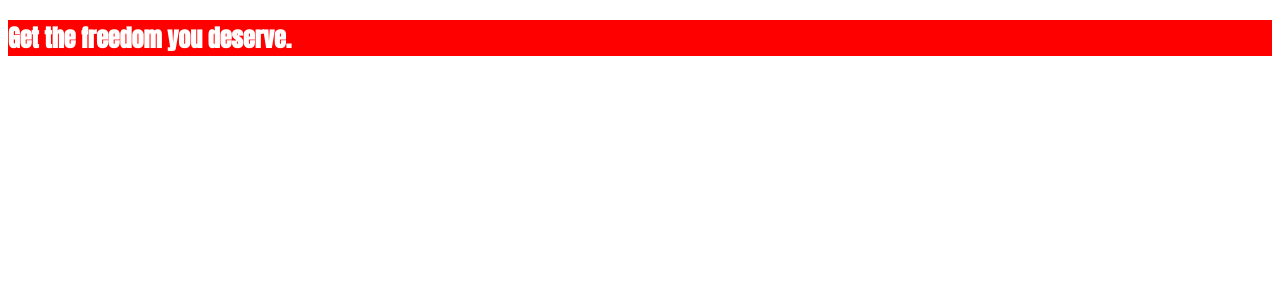
Repository: CH96SHREYA/css
Page: Lecture 1/index.html
These files come from the project's save history. The page is drawn as it stood at one moment and after a run of saves; the edit follows.
The browser window is 1280 px wide. The pictures show the whole page.

Above is the page before, as saved 2021-09-27 08:19:05.

### Lecture 1/index.html
<!DOCTYPE html>
<html lang="en">
  <head>
    <meta charset="UTF-8" />
    <meta http-equiv="X-UA-Compatible" content="ie=edge" />
    <title>uHost</title>
    <link rel="shortcut icon" href="favicon.png" />
    <link rel="preconnect" href="https://fonts.googleapis.com" />
    <link rel="preconnect" href="https://fonts.gstatic.com" crossorigin />
    <link
      href="https://fonts.googleapis.com/css2?family=Anton&display=swap"
      rel="stylesheet"
    />
    <link rel="stylesheet" href="styles.css" />
  </head>

  <body>
    <main>
      <section id="product-overview">
        <h1 class="section-title">Get the freedom you deserve.</h1>
      </section>
      <section id="plans">
        <h1 class="section-title">Choose your plan.</h1>
      </section>
    </main>
  </body>
</html>

### Lecture 1/styles.css
#product-overview{
    background-color:red;
}
.section-title{
    color: ;
}
h1{
    color:white;
    font-family: 'Anton', sans-serif;
}

After the next 2 saves:
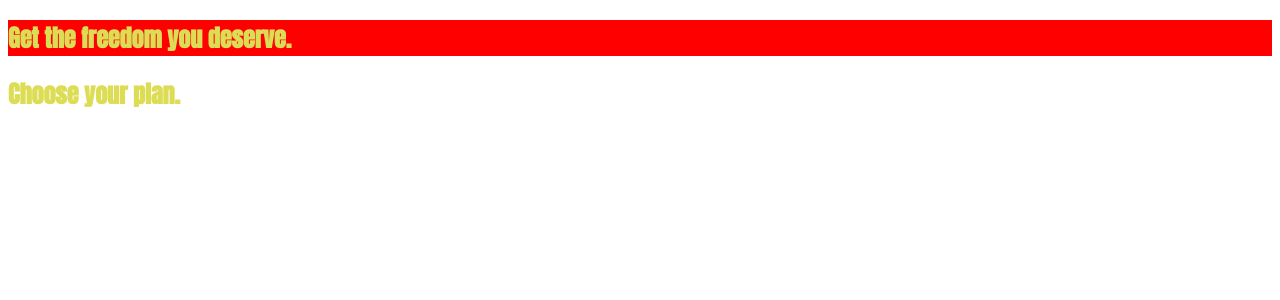
The 2 saves are shown as one change because they came seconds apart.
The last was saved 5 s later.
--- a/Lecture 1/styles.css
+++ b/Lecture 1/styles.css
@@ -2,7 +2,7 @@
     background-color:red;
 }
 .section-title{
-    color: ;
+    color: #dd5;
 }
 h1{
     color:white;
